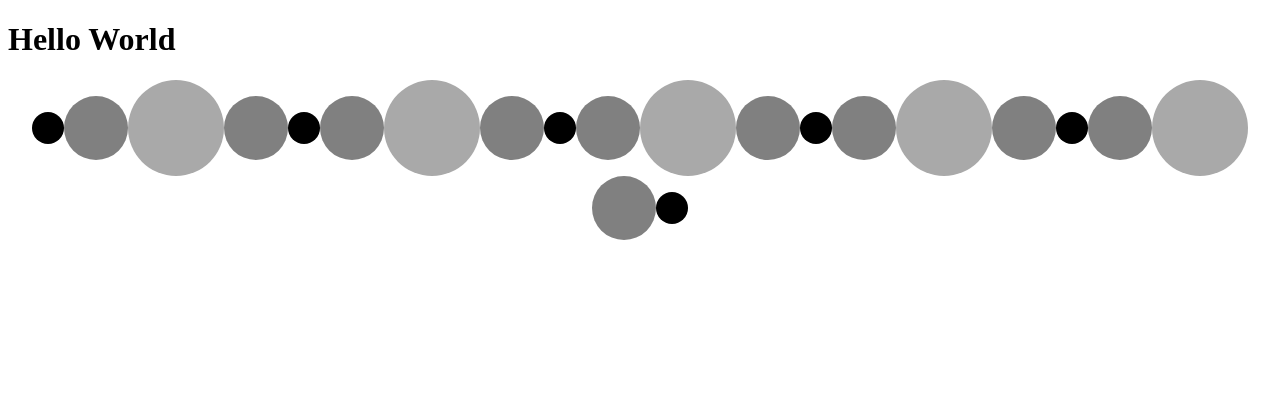
Repository: sarahlochhead/css-demo
Page: index.html
An editor plug-in stored every save of this project. The page is shown before and after a run of saves, followed by the edit.
The browser window is 1280 px wide. The pictures show the whole page.

Above is the page before, as saved 2023-04-28 12:31:40.

### index.html
<!DOCTYPE html>
<html lang="en">
<head>
    <meta charset="UTF-8">
    <meta http-equiv="X-UA-Compatible" content="IE=edge">
    <meta name="viewport" content="width=device-width, initial-scale=1.0">
    <title>Light It Up Demo</title>
    <link rel="stylesheet" href="styles.css">
</head>
<body>
    <header>
        <h1>Hello World</h1>
    </header>
    <div class="row">
        <div class="small"></div>
        <div class="medium"></div>
        <div class="large"></div>
        <div class="medium"></div>
        <div class="small"></div>
        <div class="medium"></div>
        <div class="large"></div>
        <div class="medium"></div>
        <div class="small"></div>
        <div class="medium"></div>
        <div class="large"></div>
        <div class="medium"></div>
        <div class="small"></div>
        <div class="medium"></div>
        <div class="large"></div>
        <div class="medium"></div>
        <div class="small"></div>
        <div class="medium"></div>
        <div class="large"></div>
        <div class="medium"></div>
        <div class="small"></div>
    </div>










</body>
</html>

### styles.css
@charset "utf-8";

/* h1 {
    position: absolute;
    top: 50%;
    font-size: 5rem;
    margin: 0 auto;
} */
.row {
    display: flex;
    justify-content: center;
    align-items: center;
    flex-wrap: wrap;
}

.small {
    height: 2rem;
    width: 2rem;
    border-radius: 100%;
    background-color: black;
}

.medium {
    height: 4rem;
    width: 4rem;
    border-radius: 100%;
    background-color: grey;
}

.large {
    height: 6rem;
    width: 6rem;
    border-radius: 100%;
    background-color: darkgray;
}

After the next 2 saves:
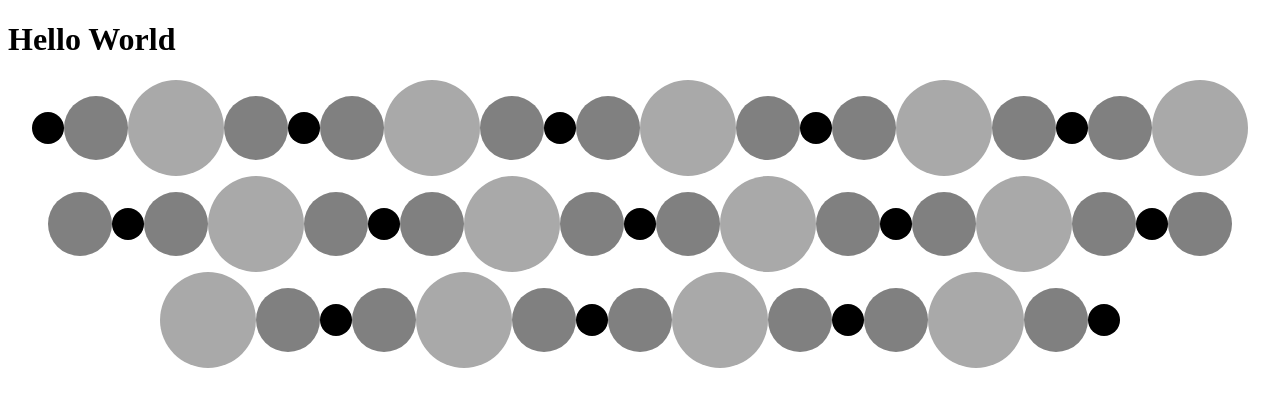
The 2 saves are shown as one change because they came seconds apart.
The last was saved 8 s later.
--- a/index.html
+++ b/index.html
@@ -33,6 +33,38 @@
         <div class="large"></div>
         <div class="medium"></div>
         <div class="small"></div>
+        <div class="medium"></div>
+        <div class="large"></div>
+        <div class="medium"></div>
+        <div class="small"></div>
+        <div class="medium"></div>
+        <div class="large"></div>
+        <div class="medium"></div>
+        <div class="small"></div>
+        <div class="medium"></div>
+        <div class="large"></div>
+        <div class="medium"></div>
+        <div class="small"></div>
+        <div class="medium"></div>
+        <div class="large"></div>
+        <div class="medium"></div>
+        <div class="small"></div>
+        <div class="medium"></div>
+        <div class="large"></div>
+        <div class="medium"></div>
+        <div class="small"></div>
+        <div class="medium"></div>
+        <div class="large"></div>
+        <div class="medium"></div>
+        <div class="small"></div>
+        <div class="medium"></div>
+        <div class="large"></div>
+        <div class="medium"></div>
+        <div class="small"></div>
+        <div class="medium"></div>
+        <div class="large"></div>
+        <div class="medium"></div>
+        <div class="small"></div>
     </div>
 
 
